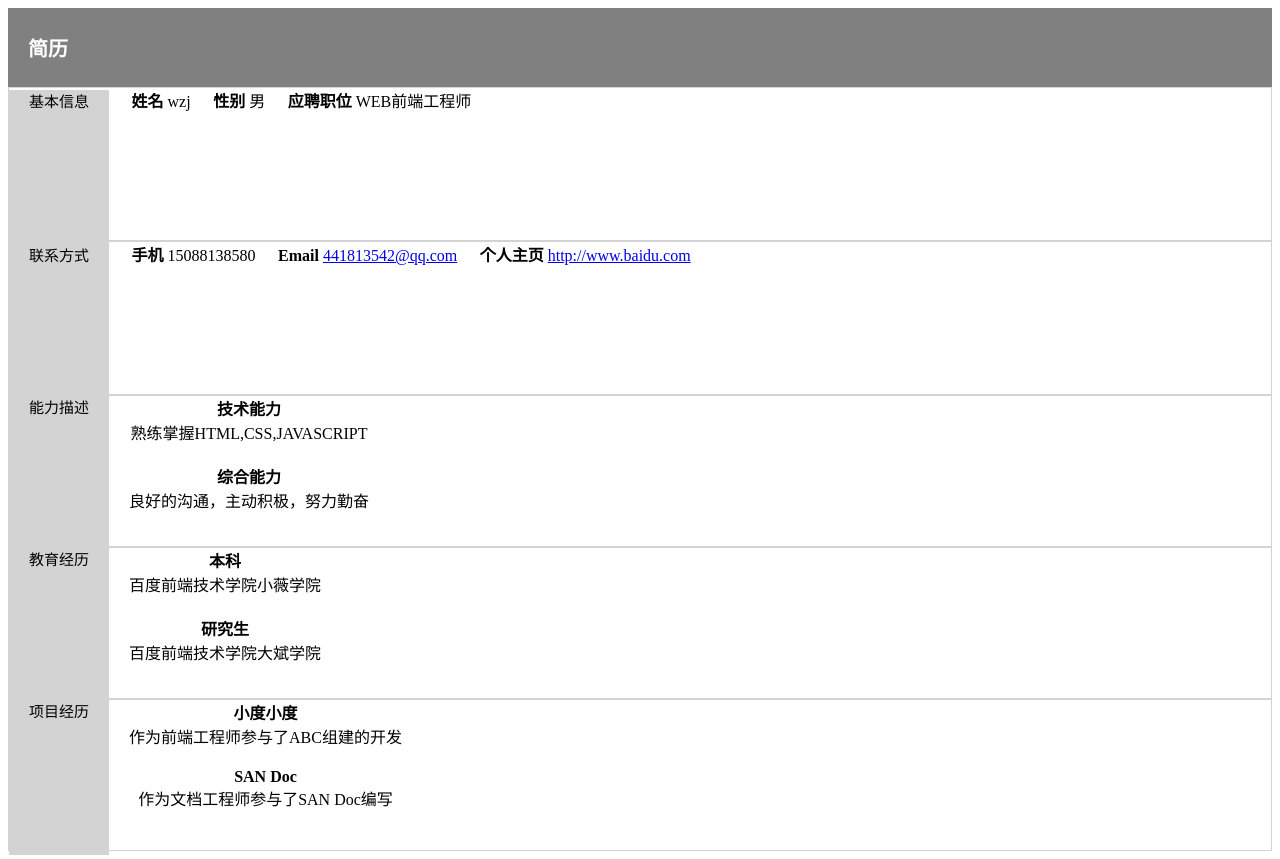
Repository: w441813542/webrecord
Page: day6_day7/jianli.html
These files come from the project's save history. The page is drawn as it stood at one moment and after the next save; the edit follows.
The browser window is 1280 px wide. The pictures show the whole page.

Above is the page before, as saved 2021-03-09 15:02:49.

After the next save:
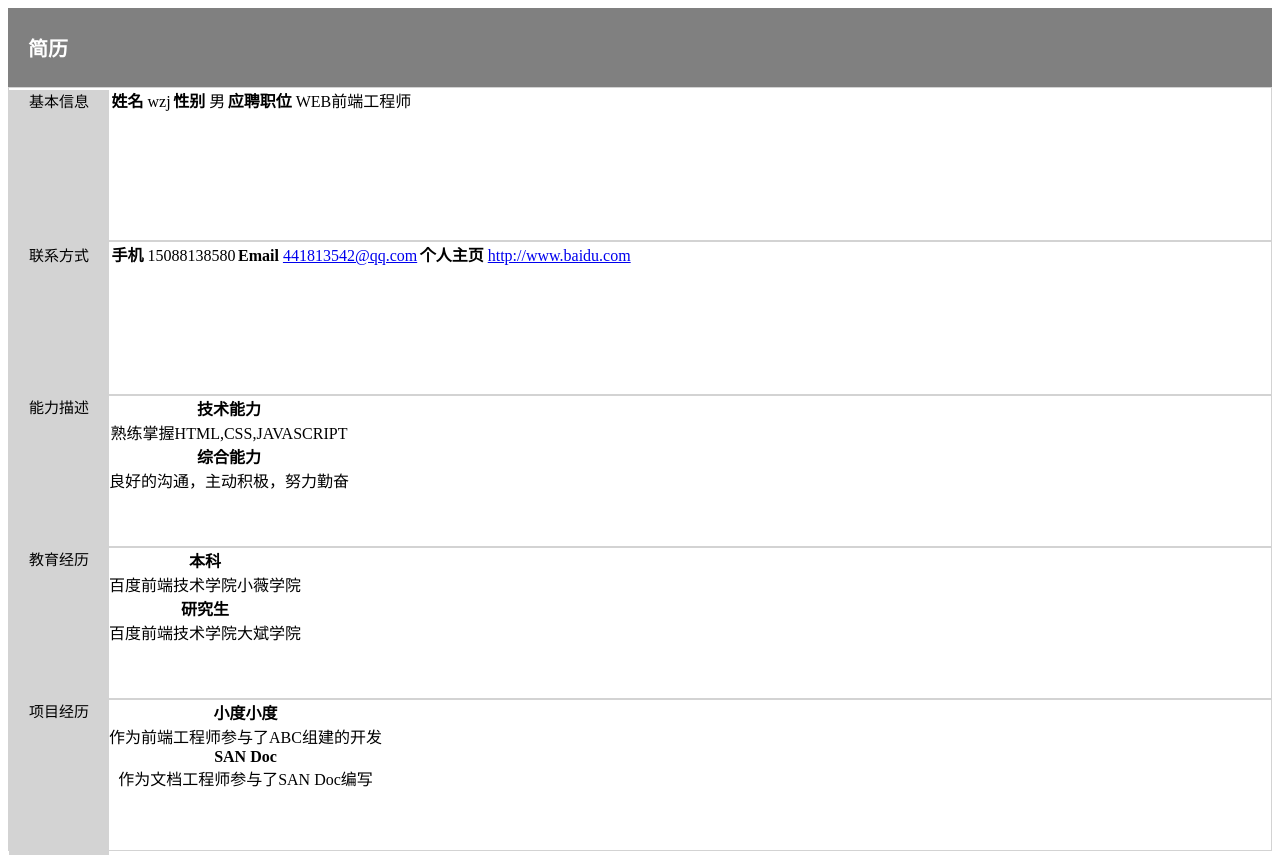
Saved 6 s later.
--- a/day6_day7/style_3.css
+++ b/day6_day7/style_3.css
@@ -8,8 +8,7 @@
 
   .td {
     font-size: 1.6em;
-    margin-left: 20px;
-    margin-bottom: 20px;
+    margin: auto;
     display: inline-block;
     text-align: center;
   }

After the 2 saves that followed:
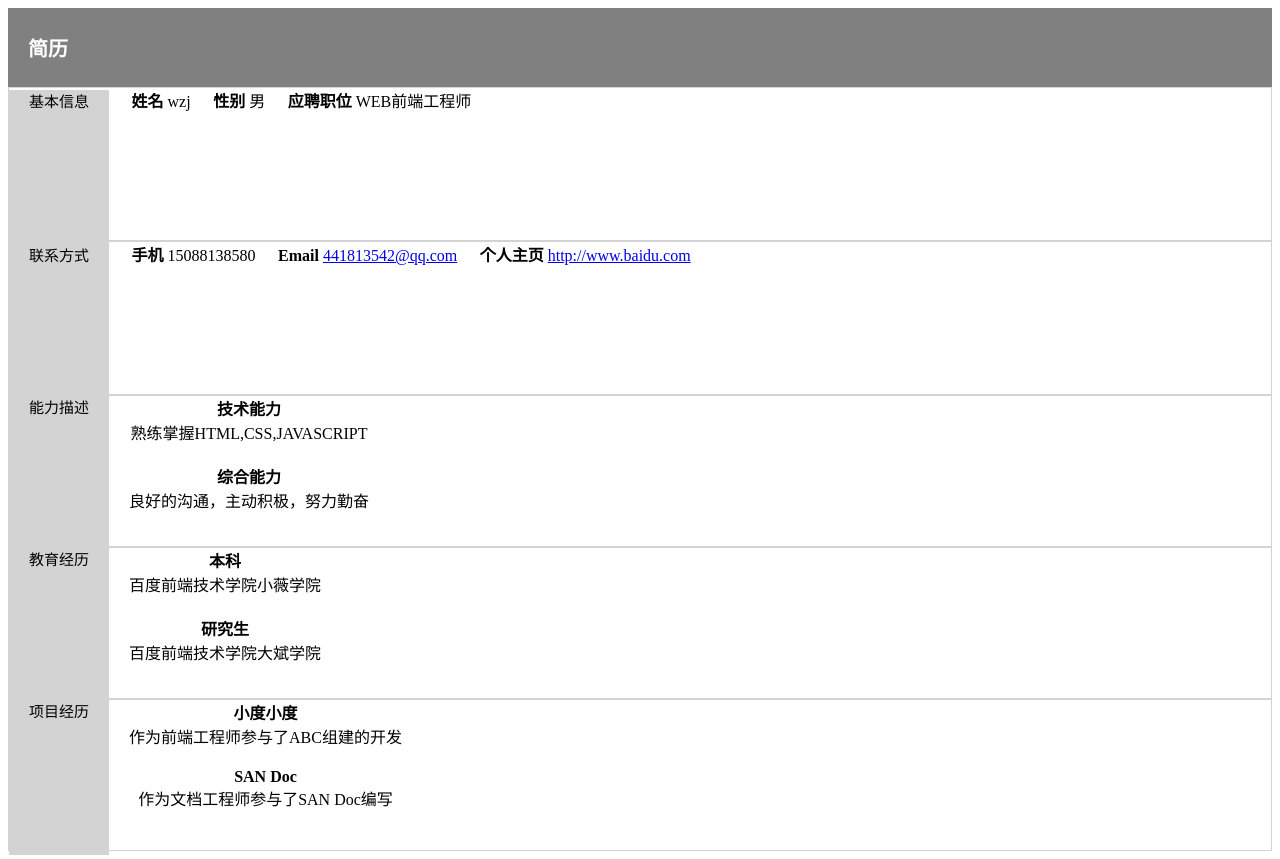
The 2 saves are shown as one change because 1 left the picture as it was.
The last was saved 9 s later.
--- a/day6_day7/style_3.css
+++ b/day6_day7/style_3.css
@@ -8,7 +8,8 @@
 
   .td {
     font-size: 1.6em;
-    margin: auto;
+    margin-left: 20px;
+    margin-bottom: 20px;
     display: inline-block;
     text-align: center;
   }
